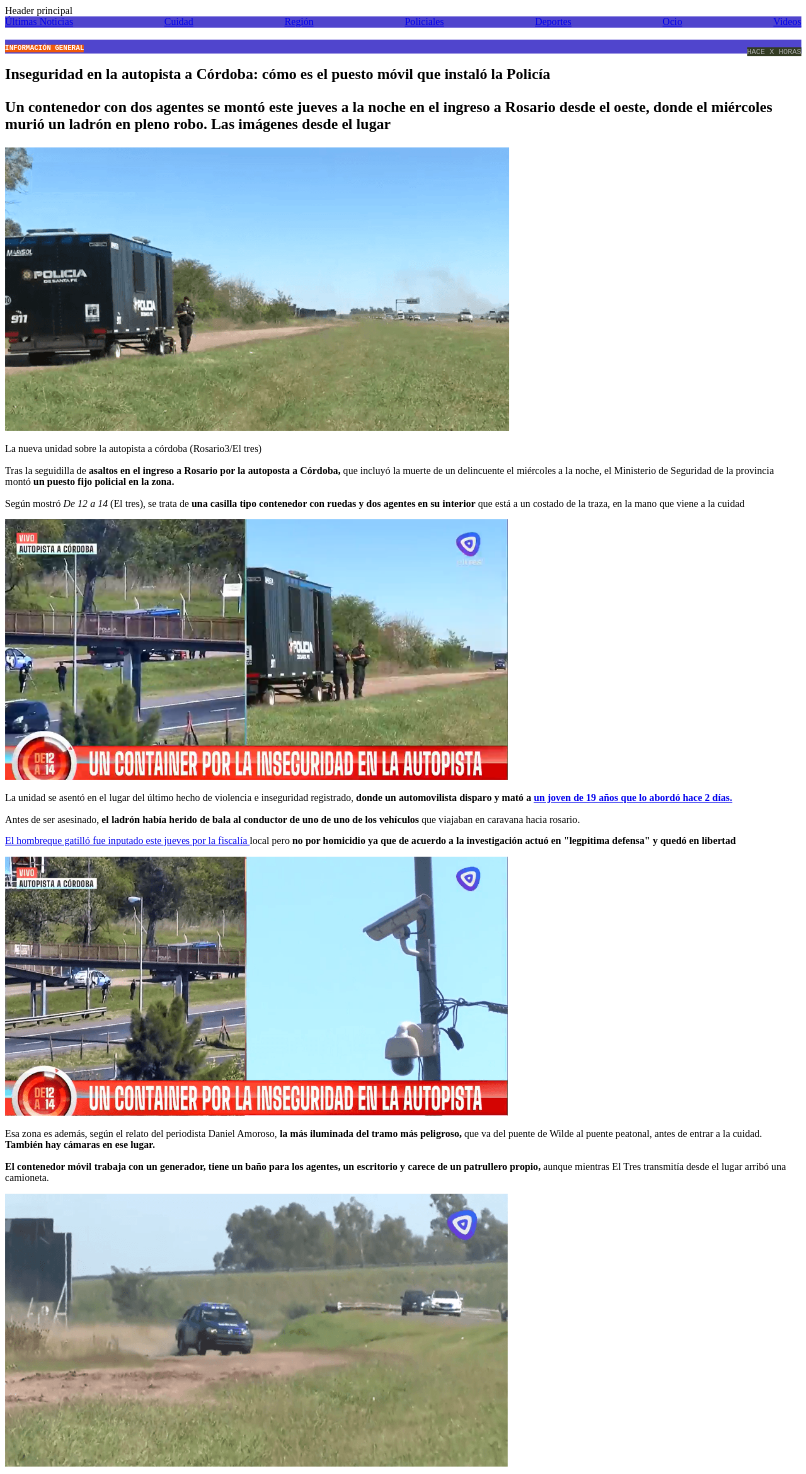
Repository: Larrowo/LPPA
Page: Clase 2/index.html
The author's editor kept a copy of each file at every save. The page is drawn from the files as they stood at one save, then again after the next save.
The browser window is 1280 px wide. The pictures show the whole page, at 63% of full size.

Above is the page before, as saved 2022-04-19 13:46:32.

### Clase 2/index.html
<!DOCTYPE html>
<html lang="en">
<head>
    <meta charset="UTF-8">
    <meta http-equiv="X-UA-Compatible" content="IE=edge">
    <meta name="viewport" content="width=device-width, initial-scale=1.0">
    <title>Noticia LPPA</title>
    <link rel="stylesheet" href="style.css">
</head>
<body>
    <header>
        Header principal
        <div class="logo"></div>
        <div class="headerContent">
            <a class="linkHeader" href="https://www.rosario3.com/seccion/ultimas-noticias/">Últimas Noticias</a>
            <a class="linkHeader" href="https://www.rosario3.com/seccion/ciudad/">Cuidad</a>
            <a class="linkHeader" href="https://www.rosario3.com/seccion/region/">Región</a>
            <a class="linkHeader" href="https://www.rosario3.com/seccion/policiales/">Policiales</a>
            <a class="linkHeader" href="https://www.rosario3.com/seccion/deportes/">Deportes</a>
            <a class="linkHeader" href="https://www.rosario3.com/seccion/ocio/">Ocio</a>
            <a class="linkHeader" href="https://www.rosario3.com/seccion/videos/">Videos</a>
        </div>
    </header>
    <main class="conteiner">
        <article class="articulo">
            <div class="notaMainPart">
                <div class="notaTopPart">
                    <div class="volanta">
                        <h3 class="claseNoticia">
                            <a class="linkClaseNoticia" href="https://www.rosario3.com/seccion/informacion-general" style="text-decoration:none">Información General</a>
                        </h3>
                        <p class="fecha-nota"><time>Hace x Horas</time></p>

                    </div>
                    <h1>
                        Inseguridad en la autopista a Córdoba: cómo es el puesto móvil que instaló la Policía
                    </h1>
                    <h2>
                        <p>
                            Un contenedor con dos agentes se montó este jueves a la noche en el ingreso a Rosario desde el oeste, donde el miércoles murió un ladrón en pleno robo. Las imágenes desde el lugar
                        </p>
                    </h2>
                    <div class="fotoPrincipal">
                        <img src="/Clase 2/photos/fotoPrincipal.png" alt="">

                    </div>
                    <div class="descripcionFoto">
                        <p>La nueva unidad sobre la autopista a córdoba (Rosario3/El tres)</p>
                    </div>
                </div>
                <div class="cuerpoNota">
                    <p>Tras la seguidilla de <strong> asaltos en el ingreso a Rosario por la autoposta a Córdoba,</strong> que incluyó la muerte de un delincuente el miércoles a la noche, el Ministerio de Seguridad de la provincia montó <strong>un puesto fijo policial en la zona.</strong></p>
                    <p>Según mostró <em>De 12 a 14</em> (El tres), se trata de <strong>una casilla tipo contenedor con ruedas y dos agentes en su interior</strong> que está a un costado de la traza, en la mano que viene a la cuidad</p>
                    <div class="segundaImagen">
                        <img src="/Clase 2/photos/segundaImagen.png" alt="">
                    </div>
                    <p>La unidad se asentó en el lugar del último hecho de violencia e inseguridad registrado, <strong>donde un automovilista disparo y mató a <a href="https://www.rosario3.com/policiales/Quien-era-y-que-se-sabe-del-crimen-del-ladron-en-la-autopista-Rosario-Cordoba-20220414-0011.html" target="_blank"> un joven de 19 años que lo abordó hace 2 días.</a></strong></p>
                    <p>Antes de ser asesinado, <strong>el ladrón había herido de bala al conductor de uno de uno de los vehículos </strong>que viajaban en caravana hacia rosario.</p>
                    <p><a href="https://www.rosario3.com/policiales/Ladron-muerto-en-la-autopista-imputaron-al-automovilista-pero-bajo-legitima-defensa-20220414-0082.html" target="_blank">El hombreque gatilló fue inputado este jueves por la fiscalía </a>local pero <strong>no por homicidio ya que de acuerdo a la investigación actuó en "legpitima defensa" y quedó en libertad</strong></p>
                    <div class="terceraImagen">
                        <img src="/Clase 2/photos/terceraImagen.png" alt="">
                    </div>
                    <p>Esa zona es además, según el relato del periodista Daniel Amoroso, <strong>la más iluminada del tramo más peligroso,</strong> que va del puente de Wilde al puente peatonal, antes de entrar a la cuidad. <Strong>También hay cámaras en ese lugar.</Strong></p>
                    <p><strong>El contenedor móvil trabaja con un generador, tiene un baño para los agentes, un escritorio y carece de un patrullero propio,</strong> aunque mientras El Tres transmitía desde el lugar arribó una camioneta.</p>
                    <div class="cuartaImagen">
                        <img src="/Clase 2/photos/cuartaImagen.png" alt="">
                    </div>
                </div>
            </div>
        </article>
    </main>
</body>
</html>

### Clase 2/style.css
.fecha-nota{
   font-family: "Space Mono", monospace;
   color: #adadad;
   text-transform: uppercase;
   font-size: 12px;
   position: absolute;
   top: 0;
   right: 0;
   background-color: #333c23
}

.linkClaseNoticia{
    position: relative;
    color: #ffffff;
    background-color: #f15a08;
    text-transform: uppercase;
    font-size:11px;
    font-family: "Space Mono", monospace;
}

.volanta{
    position: relative;
    background-color: #5045cd;
}

.headerContent{
    display: flex;
    align-items: center;
    justify-content: space-between;
    background-color: #5045cd
}

After the next save:
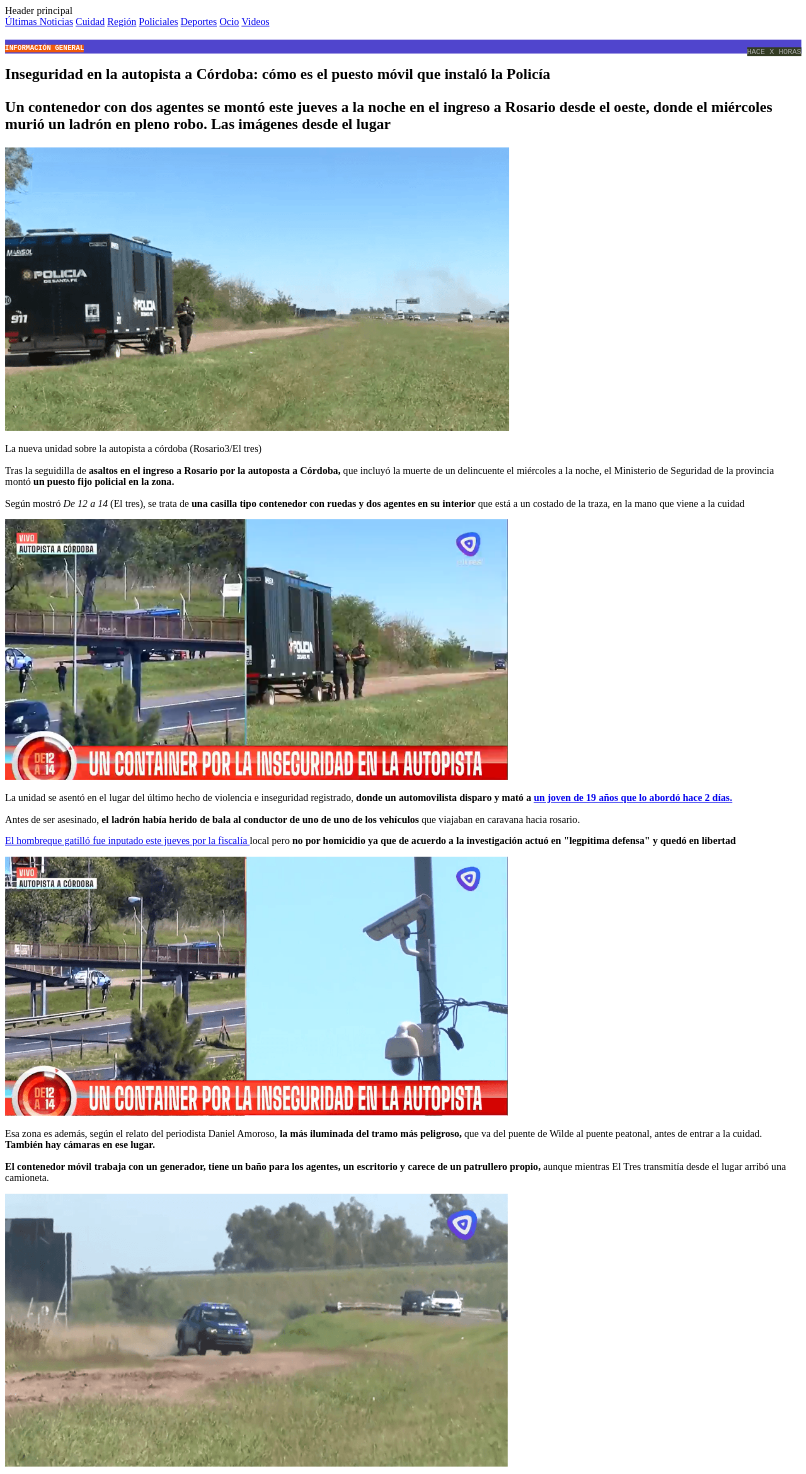
Saved 5 min 30 s later.
--- a/Clase 2/style.css
+++ b/Clase 2/style.css
@@ -22,10 +22,3 @@
     position: relative;
     background-color: #5045cd;
 }
-
-.headerContent{
-    display: flex;
-    align-items: center;
-    justify-content: space-between;
-    background-color: #5045cd
-}
